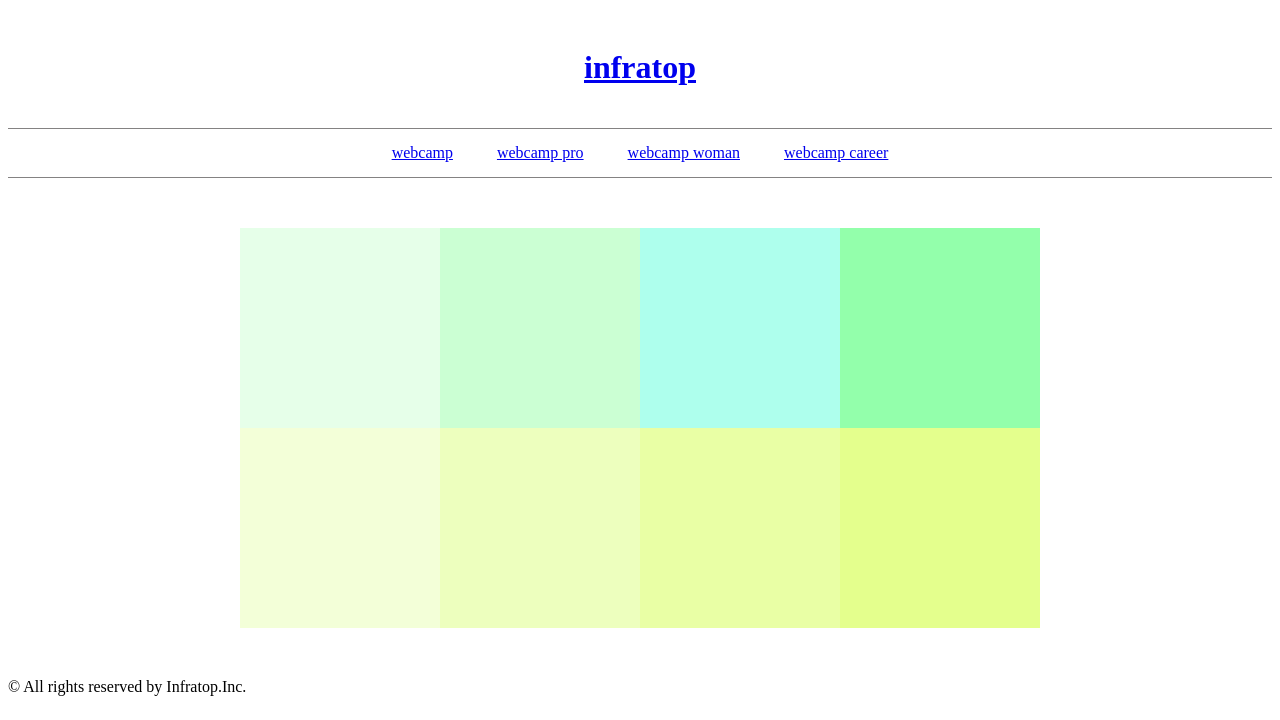
Repository: ego-boosting/html-practice1
Page: chapter5/index.html
The author's editor kept a record of every edit. The page is drawn from the files as they stood at one moment, then again after the next edit.
The browser window is 1280 px wide. The pictures show the whole page.

Above is the page before.

### chapter5/index.html
<!DOCTYPE html>
<html lang="ja">

  <head>
    <meta charset="UTF-8" />
    <link rel="stylesheet" href="style.css" />
    <title></title>
  </head>

  <body>
    <header>
      <h1 class="heading">
        <a href="index.html">
          infratop
        </a>

      </h1>
    </header>

    <nav>

      <ul class="nav-list">
        <li class="nav-list-item">
          <a href="index.html">webcamp</a>
        </li>
        <li class="nav-list-item">
          <a href="index.html">webcamp pro</a>
        </li>
        <li class="nav-list-item">
          <a href="index.html">webcamp woman</a>
        </li>
        <li class="nav-list-item">
          <a href="index.html">webcamp career</a>
        </li>

      </ul>

    </nav>

    <div class="main">
      <div class="box1"></div>
      <div class="box2"></div>
      <div class="box3"></div>
      <div class="box4"></div>
      <div class="box5"></div>
      <div class="box6"></div>
      <div class="box7"></div>
      <div class="box8"></div>
      <div class="box9"></div>
      <div class="box10"></div>
      <div class="box11"></div>
      <div class="box12"></div>
    </div>

    <div class="blog"></div>
    <div class="sidebar"></div>

    </div>

    <footer>
      <p class="footer-text">© All rights reserved by Infratop.Inc.</p>
    </footer>
   </body>
 </html>

### chapter5/style.css
＊{
  margin:0;
  padding:0;
  box-sizing:obder-box;
}

header{
 width:100%;
 padding:20px 0;
 text-align:center;
}

.nav-list{
  text-align:center;
  padding:15px 0;
  margin:auto 0;
  border-bottom:1px solid#848282;
  border-top:1px solid#848282;
}
.nav-list-item{
  list-style:none;
  display: inline-block;
  margin: 0 20px;
}

.main{
 width:800px;
 margin:50px auto;
 display:flex;
 flex-wrap:wrap;
}

.box1{
  width:200px;
  height:200px;
  background-color:#e6ffe9;
}

.box2{
  width:200px;
  height:200px;
  background-color:#cbffd3;
}

.box3{
  width:200px;
  height:200px;
  background-color:#aeffed;
}

.box4{
  width:200px;
  height:200px;
  background-color:#93ffab;
}

.box5{
  width:200px;
  height:200px;
  background-color:#f3ffd8;
}

.box6{
  width:200px;
  height:200px;
  background-color:#edffbe;
}

.box7{
  width:200px;
  height:200px;
  background-color:#e9ffa5;
}

.box8{
  width:200px;
  height:200px;
  background-color:#e4ff8d;
}

.box1{
  width:200px;
  height:200px;
  background-color:#e6ffe9;
}

.box1{
  width:200px;
  height:200px;
  background-color:#e6ffe9;
}

.box1{
  width:200px;
  height:200px;
  background-color:#e6ffe9;
}

.box1{
  width:200px;
  height:200px;
  background-color:#e6ffe9;
}

After the next edit:
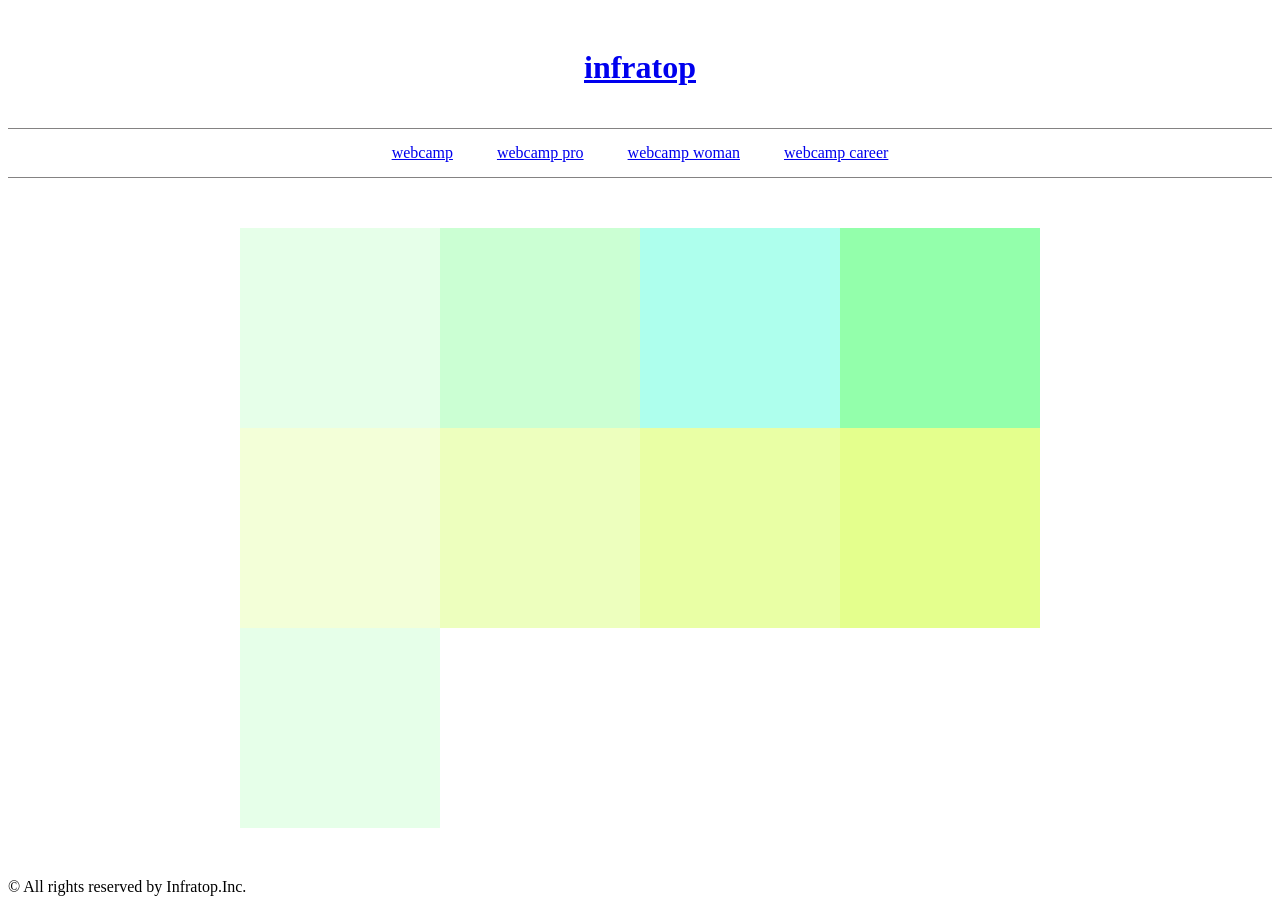
The edit:
--- a/chapter5/style.css
+++ b/chapter5/style.css
@@ -78,7 +78,7 @@
   background-color:#e4ff8d;
 }
 
-.box1{
+.box9{
   width:200px;
   height:200px;
   background-color:#e6ffe9;
